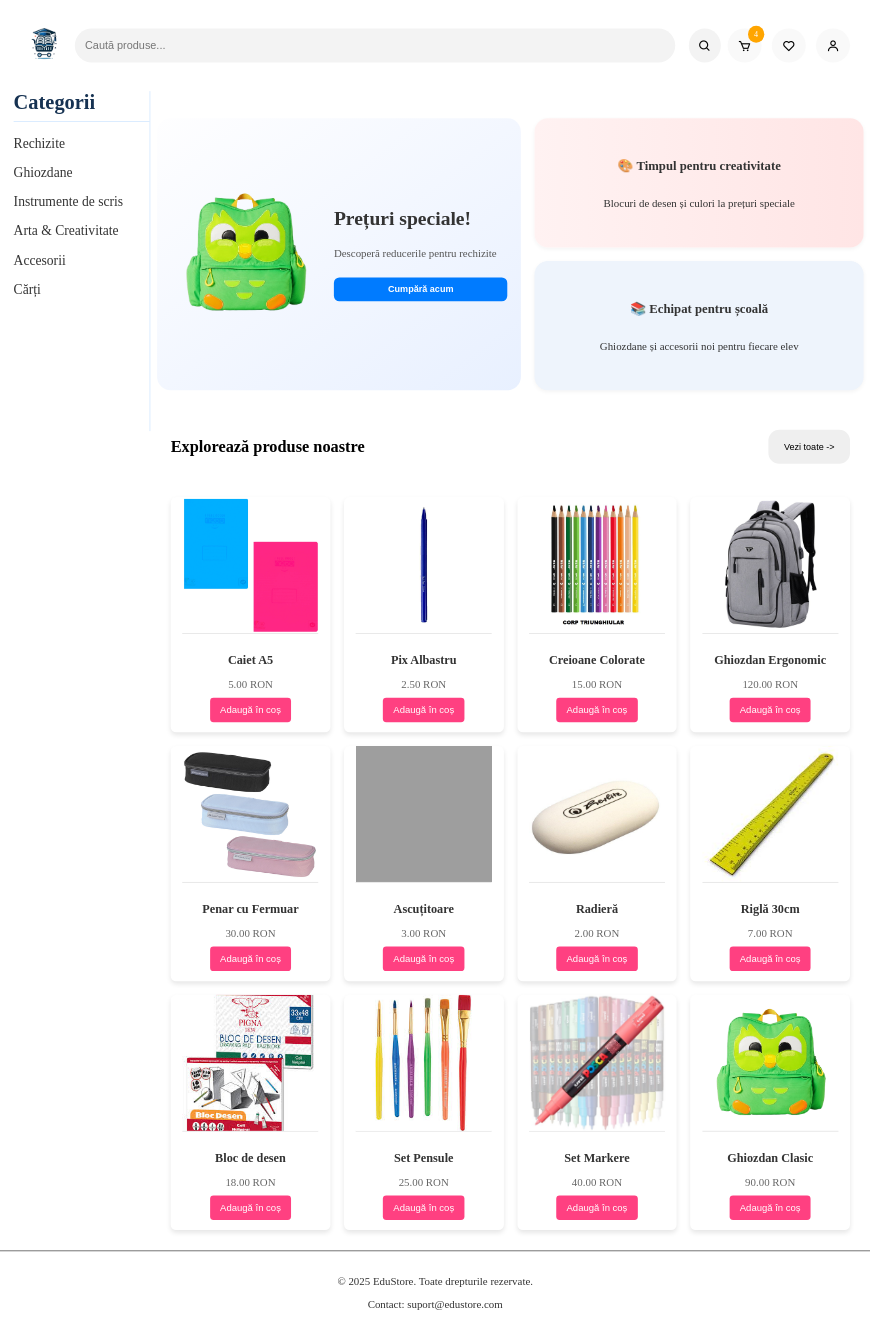
Repository: Roxana5504/WebDev-Project
Page: frontend/index.html
The author's editor kept a copy of each file at every save. The page is drawn from the files as they stood at one save, then again after the next save.
The browser window is 1280 px wide. The pictures show the whole page, at 68% of full size.
Pictures or frames that could not be fetched are drawn as grey boxes.

Above is the page before, as saved 2025-04-23 16:58:11.

After the next save:
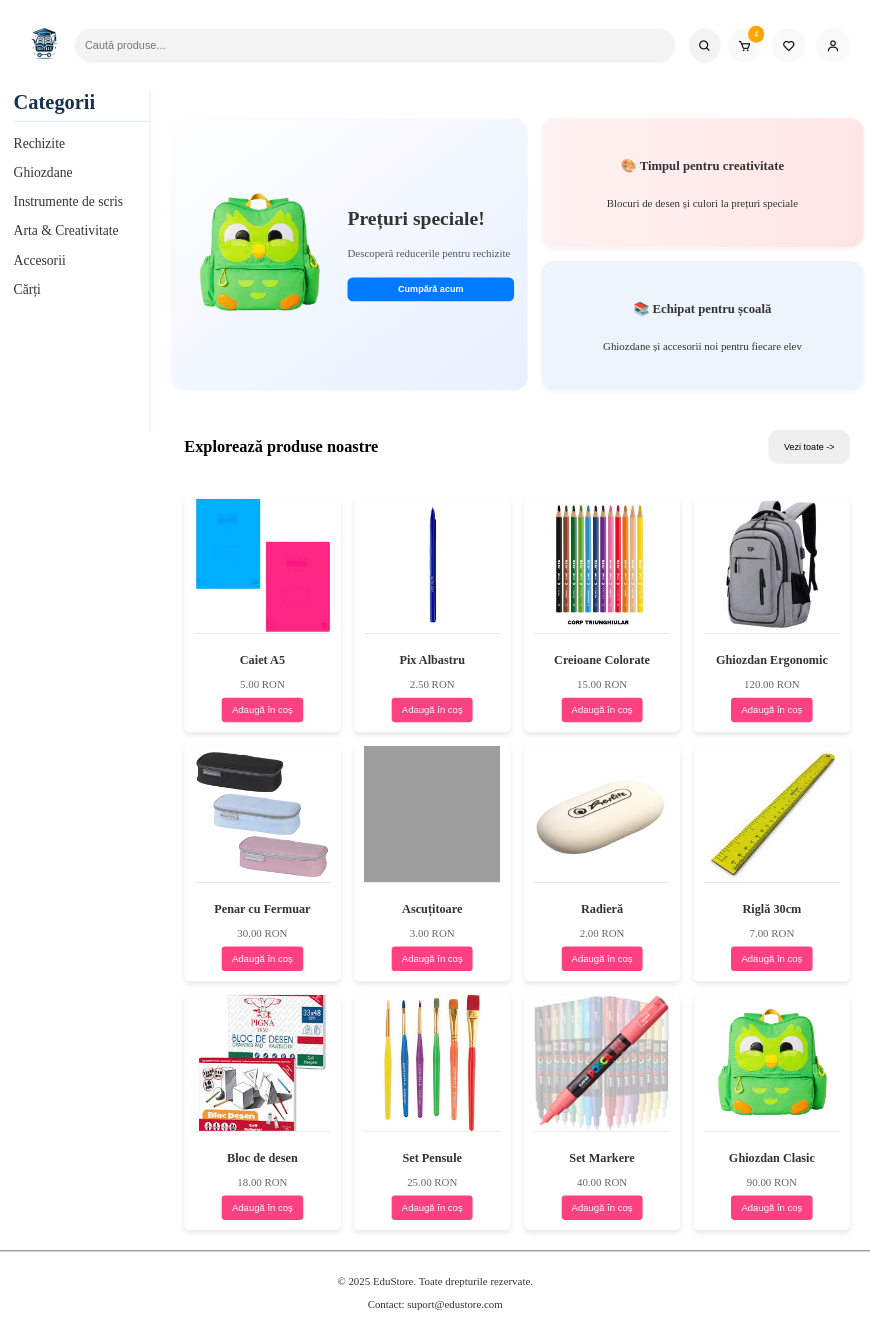
Saved 4 s later.
--- a/frontend/styles.css
+++ b/frontend/styles.css
@@ -193,6 +193,7 @@ body {
   width: 200px;
   padding-left: 20px;
   padding-right: 0px;
+  margin-right: 20px;
   border-right: 1px solid rgb(203, 227, 255);
 }
 
